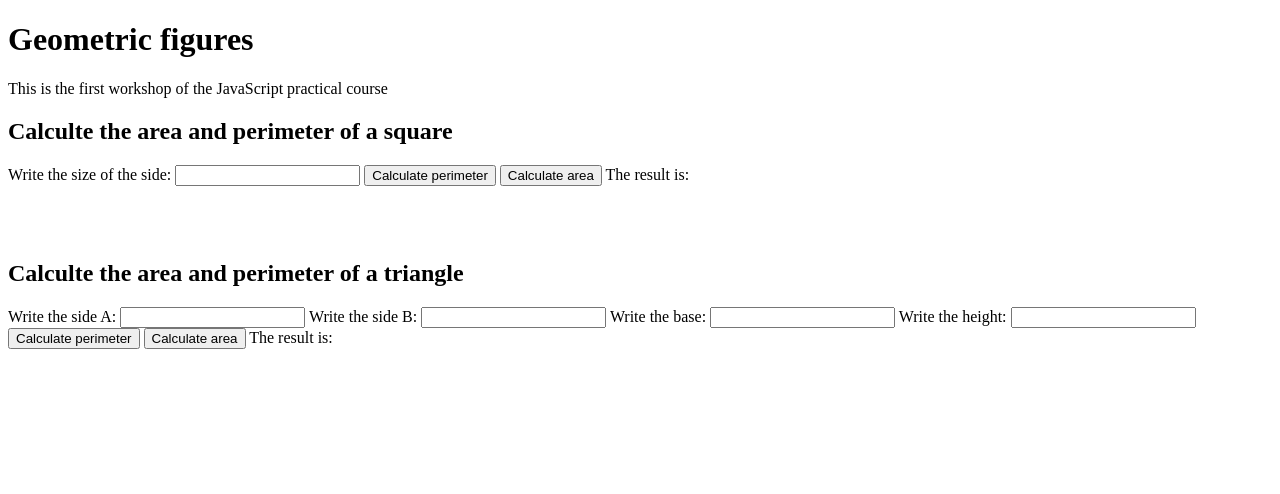
Repository: jangabe/curso-practico-javascript
Page: figures.html
An editor plug-in stored every save of this project. The page is shown before and after the next save, followed by the edit.
The browser window is 1280 px wide. The pictures show the whole page.

Above is the page before, as saved 2022-06-14 09:36:22.

### figures.html
<!DOCTYPE html>
<html lang="en">
<head>
    <meta charset="UTF-8">
    <meta name="viewport" content="width=device-width, initial-scale=1.0">
    <title>Geometric figures</title>
</head>
<body>
    <header>
        <h1>Geometric figures</h1>
        <p>This is the first workshop of the JavaScript practical course</p>
    </header>
    <section>
        <h2>Calculte the area and perimeter of a square</h2>
        <form action="">
            <label for="SquareInput">Write the size of the side:</label>
            <input id="SquareInput" type="number">
            <button type="button" onclick="calculatePerimeterSquare()">Calculate perimeter</button>
            <button type="button" onclick="calculateAreaSquare()">Calculate area</button>
            <label for="">The result is: </label> <output id="ResultSquare"></output>
        </form>
    </section>
</br>
</br>
</br>
    <section>
        <h2>Calculte the area and perimeter of a triangle</h2>
        <form action="">
            <label for="TriangleInputA">Write the side A:</label>
            <input id="TriangleInputA" type="number">
            <label for="TriangleInputB">Write the side B:</label>
            <input id="TriangleInputB" type="number">
            <label for="TriangleInputBase">Write the base:</label>
            <input id="TriangleInputBase" type="number">
            <label for="TriangleInputHeight">Write the height:</label>
            <input id="TriangleInputHeight" type="number">
            <button type="button" onclick="calculatePerimeterTriangle()">Calculate perimeter</button>
            <button type="button" onclick="calculateAreaTriangle()">Calculate area</button>
            <label for="">The result is: </label> <output id="ResultTriangle"></output>
        </form>
    </section>

    <script src="./figures.js"></script>
</body>
</html>

### figures.js
//Code for the square
console.group("square");
//const squareSide = 5;
//console.log('The sides of the square measure: '+ squareSide);

function squarePerimeter(side){
    return side * 4;
}

//console.log('The perimeter of the square is: '+ squarePerimeter(4) +"cm");

function squareArea(side){
    return side * side;
}

//console.log('The area of the square is: '+ squareArea(5)+"cm^2");

console.groupEnd();

//Code for the triangle
/* console.group("triangle");
const triangleSide1 = 6;
const triangleSide2 = 6;
const triangleBase = 4;
console.log('The sides of the triangle measure: '+ triangleSide1+"cm, "+triangleSide2+"cm, "+triangleBase+"cm"); */


function trianglePerimeter(side1, side2, base){
    return Number(side1) + Number(side2) + Number(base);
}
//console.log('The perimeter of the triangle is: '+ trianglePerimeter +"cm");

//const triangleHeight = 5.5;
//console.log('The height of the triangle is: '+triangleHeight+"cm");

function triangleArea(base, height){
    return (base * height)/2;
}
//console.log('The area of the square is: '+ triangleArea+"cm^2");
console.groupEnd();

//Code for the circle
/* console.group("circle");
const circleRadius = 4;
console.log('The radius of the circle measure: '+ circleRadius); */

//const PI = 3.1415;
const PI = Math.PI;
//console.log('The PI value is: '+PI);

function circleDiameter(radius){
    return radius * 2;
}
//console.log('The diameter of the circle is: '+ circleDiameter +"cm");

function circlePerimeter(radius){
    const diameter = circleDiameter(radius);
    return diameter * PI;
}
//console.log('The perimeter of the circle is: '+ circlePerimeter +"cm");

function circleArea(radius){
    return (radius * radius) * PI;
}
//console.log('The area of the circle is: '+ circleArea+"cm^2");

console.groupEnd();


function calculatePerimeterSquare(){
    const SquareInputValue = document.getElementById("SquareInput").value;
    const result = document.getElementById("ResultSquare");
    result.value = squarePerimeter(SquareInputValue);
}

function calculateAreaSquare(){
    const SquareInputValue = document.getElementById("SquareInput").value;
    const result = document.getElementById("ResultSquare");
    result.value = squareArea(SquareInputValue);
}

function calculatePerimeterTriangle(){
    const TriangleInputAValue = document.getElementById("TriangleInputA").value;
    const TriangleInputBValue = document.getElementById("TriangleInputB").value;
    const TriangleInputBaseValue = document.getElementById("TriangleInputBase").value;
    const result = document.getElementById("ResultTriangle");
    result.value = trianglePerimeter(TriangleInputAValue, TriangleInputBValue, TriangleInputBaseValue);
}

function calculateAreaTriangle(){
    const TriangleInputBaseValue = document.getElementById("TriangleInputBase").value;
    const TriangleInputHeightValue = document.getElementById("TriangleInputHeight").value;
    const result = document.getElementById("ResultTriangle");
    result.value = triangleArea(TriangleInputBaseValue, TriangleInputHeightValue);
}

After the next save:
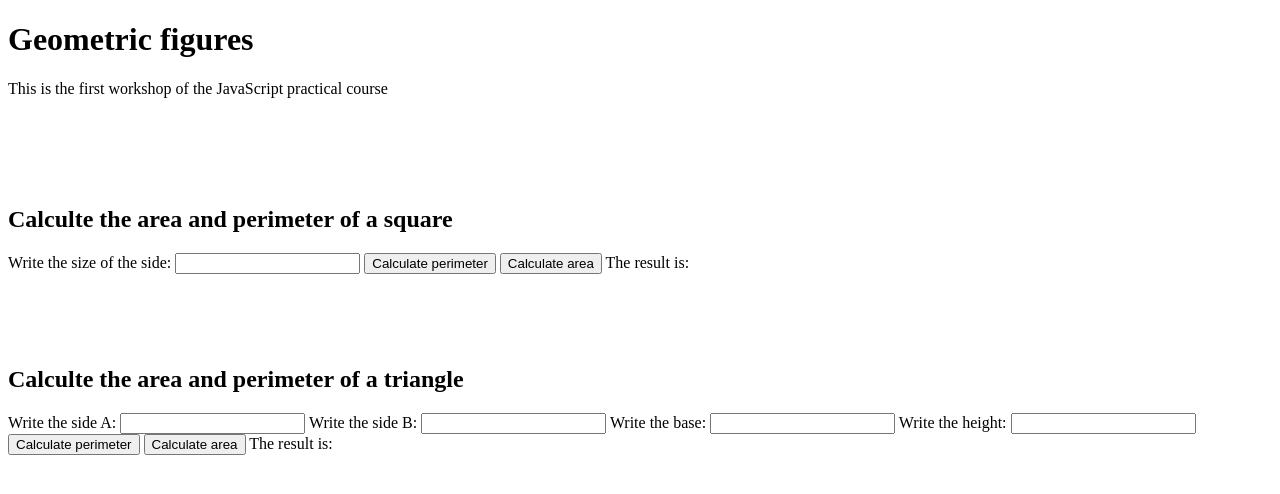
Saved 28 s later.
--- a/figures.html
+++ b/figures.html
@@ -10,6 +10,10 @@
         <h1>Geometric figures</h1>
         <p>This is the first workshop of the JavaScript practical course</p>
     </header>
+</br>
+</br>
+</br>
+</br>
     <section>
         <h2>Calculte the area and perimeter of a square</h2>
         <form action="">
@@ -20,6 +24,7 @@
             <label for="">The result is: </label> <output id="ResultSquare"></output>
         </form>
     </section>
+</br>
 </br>
 </br>
 </br>
